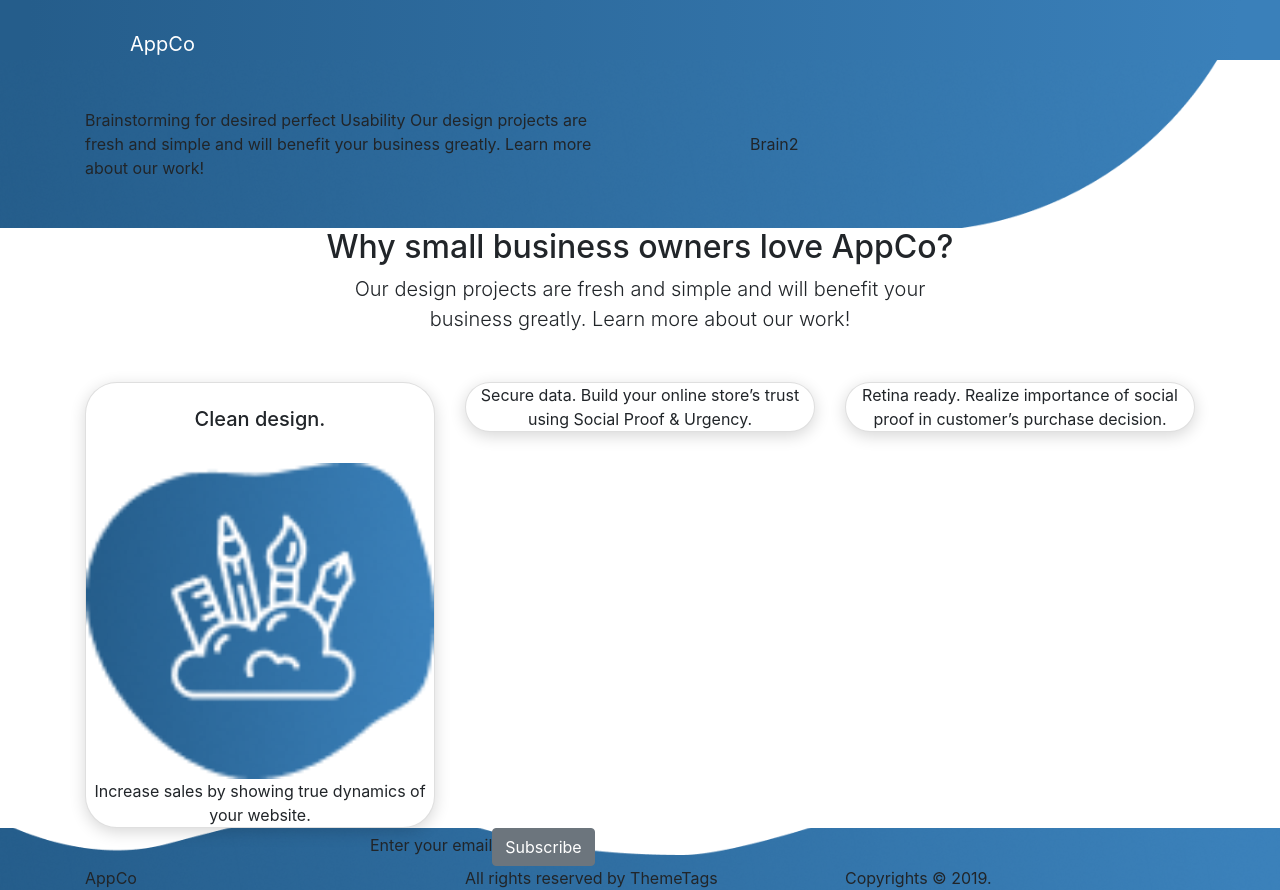
Repository: andbilous/user-statistics-app
Page: /
These files come from the project's save history. The page is drawn as it stood at one moment and after a run of saves; the edit follows.
The browser window is 1280 px wide. The pictures show the whole page.
The project was rebuilt for these pictures with package versions that can differ from the ones it lists, and the page was loaded fresh each time.

Above is the page before, as saved 2020-06-19 15:40:47.

After the next 4 saves:
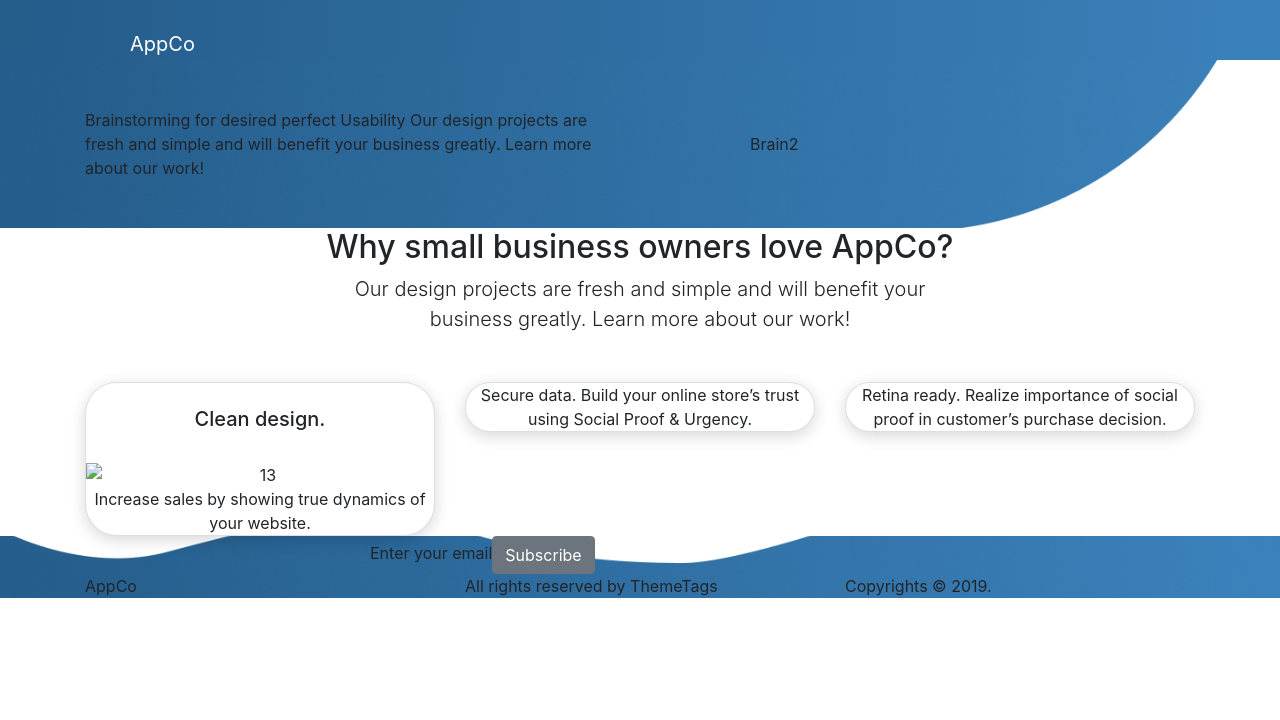
The 4 saves are shown as one change because they came seconds apart.
The last was saved 83 min 17 s later.
--- a/src/components/reasons/index.js
+++ b/src/components/reasons/index.js
@@ -24,7 +24,7 @@ const Reasons = () => {
                   <h5>Clean design.</h5>
                 </div>
                 <div className='reasons-img mt-4'>
-                <img alt='13' src='../../img/1.png'/>
+                <img alt='13' src=''/>
                 </div>
                 Increase sales by showing true dynamics of your website.
               </Card>
